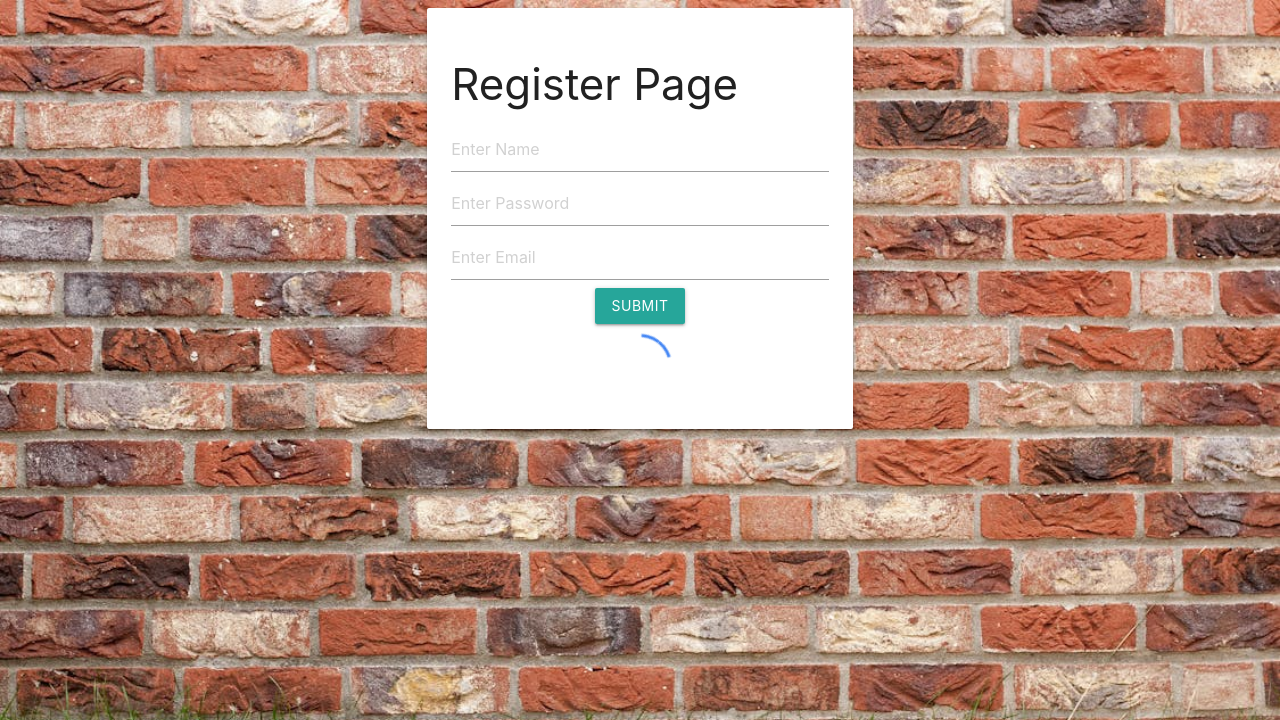
Repository: nin19/advance_java
Page: http://localhost/register-module/
The author's editor kept a copy of each file at every save. The page is drawn from the files as they stood at one save, then again after the next save.
The browser window is 1280 px wide. The pictures show the whole page.
The page is served by Tomcat 9.

Above is the page before, as saved 2024-10-17 13:56:11.

After the next save:
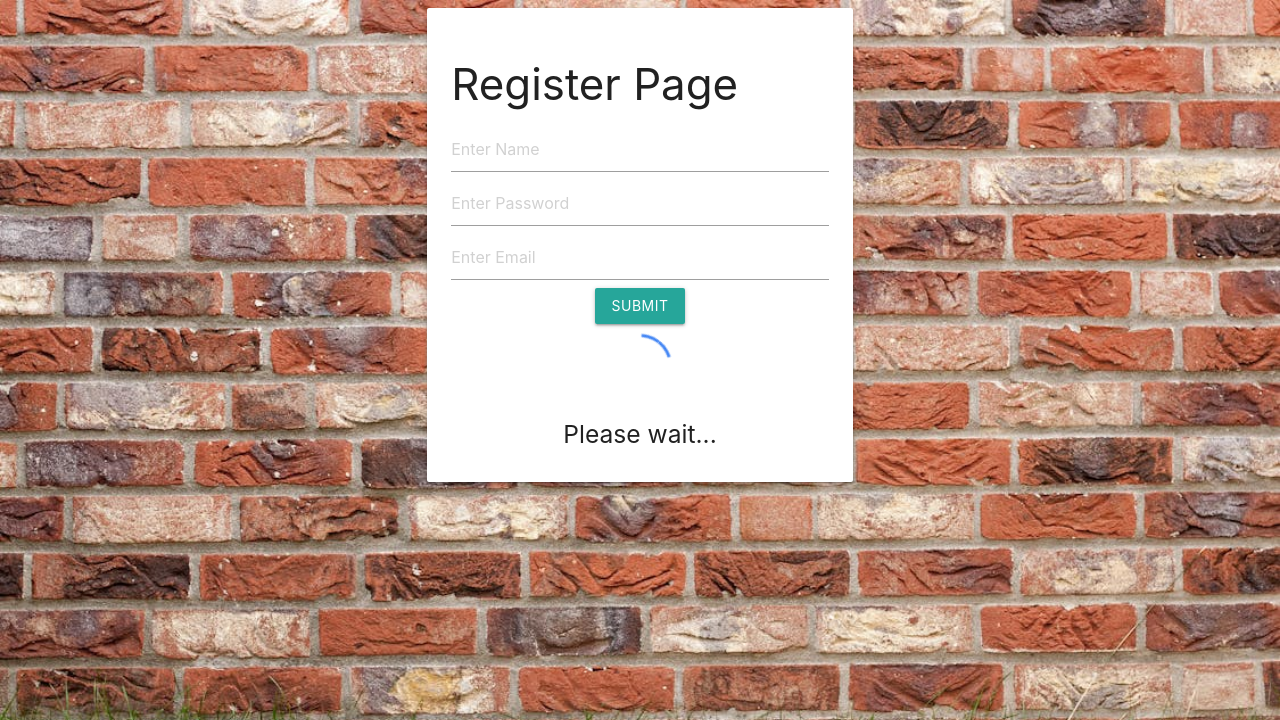
Saved 33 s later.
--- a/servlet/register-module/src/main/webapp/signup.jsp
+++ b/servlet/register-module/src/main/webapp/signup.jsp
@@ -41,6 +41,7 @@
 							      </div>
 							    </div>
 							 </div>
+							 <h5>Please wait...</h5>
 						</div>
 					</div>
 				</div>
